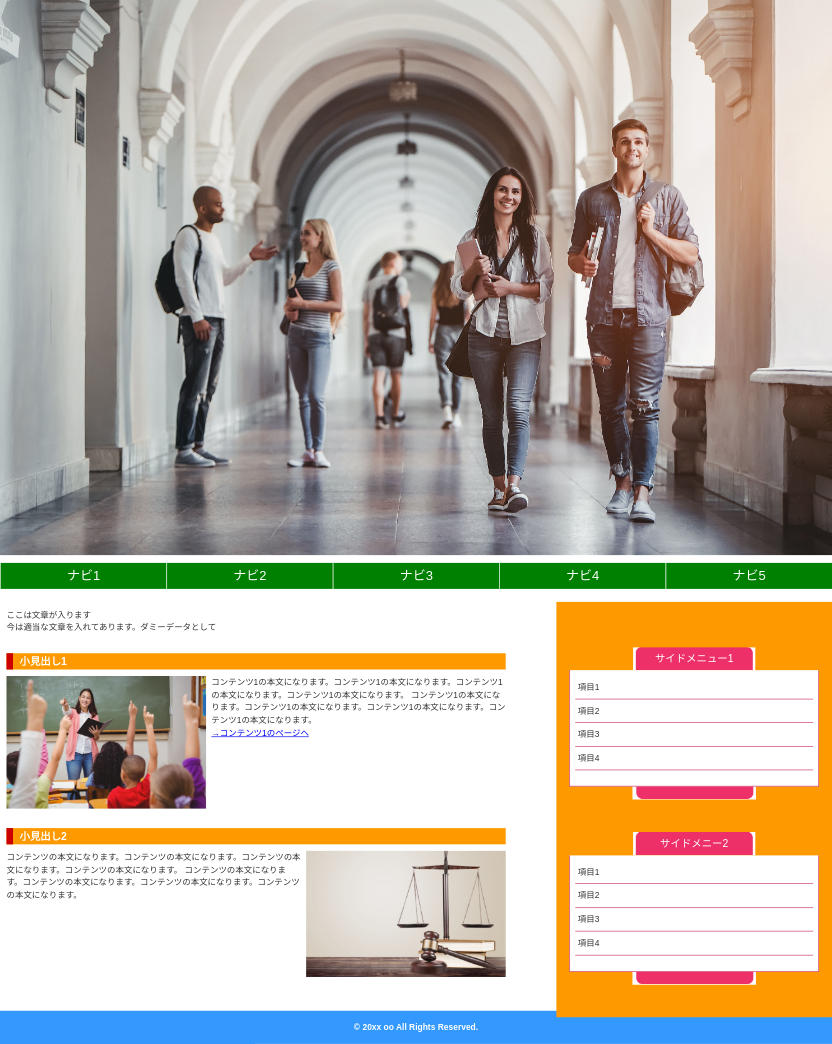
Repository: kobito2022/sumurai_HTML-CSS
Page: home.html
The author's editor kept a record of every edit. The page is drawn from the files as they stood at one moment, then again after the next edit.
The browser window is 1280 px wide. The pictures show the whole page, at 65% of full size.

Above is the page before.

After the next edit:
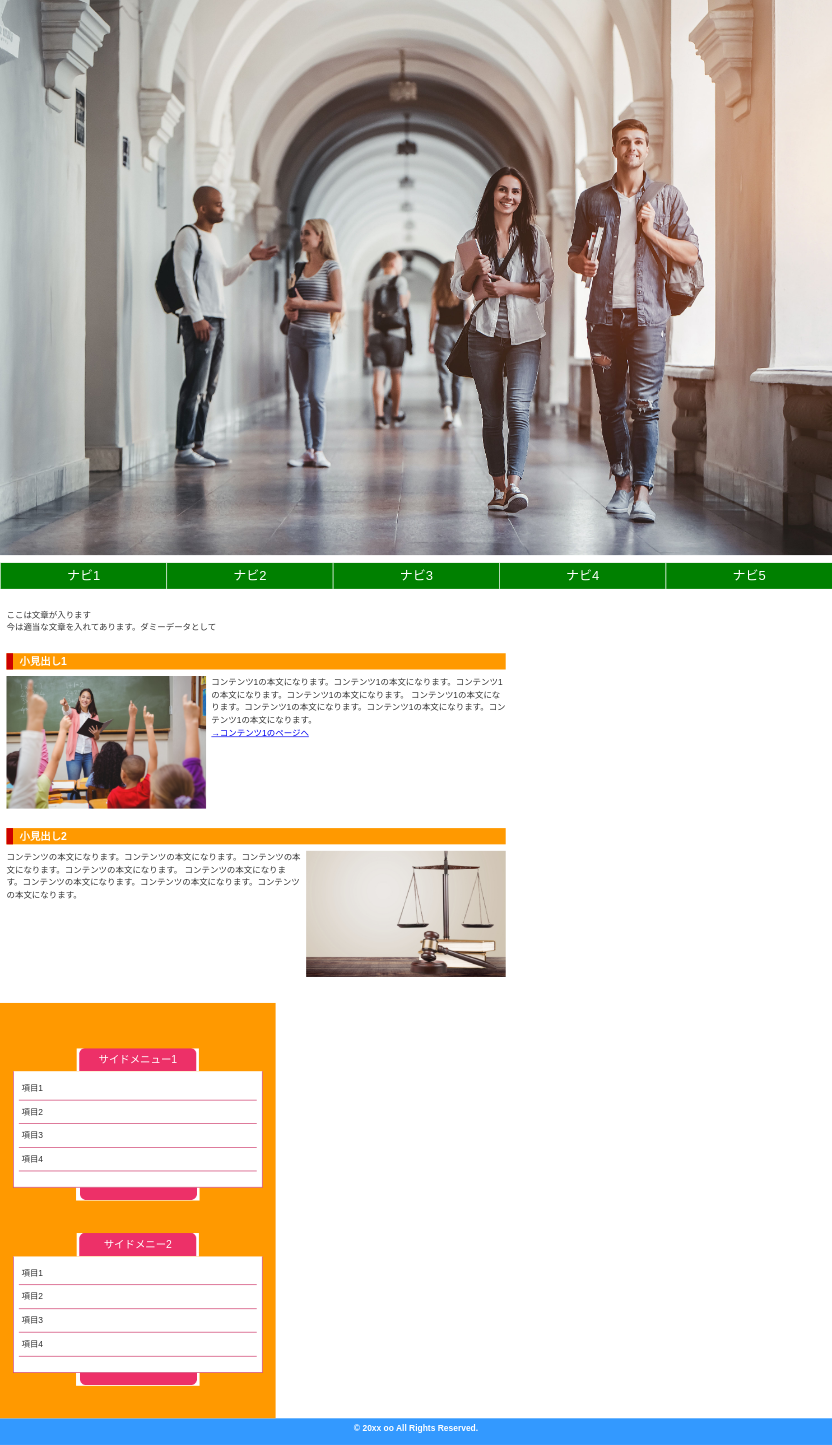
The edit:
--- a/stylesheet.css
+++ b/stylesheet.css
@@ -79,7 +79,7 @@
     width: 100%;
     margin: auto;
     padding-top: 20px;
-    clear: both
+    clear: both;
     display: grid;
     grid-template-columns: 70vw 30 vw;
 }
